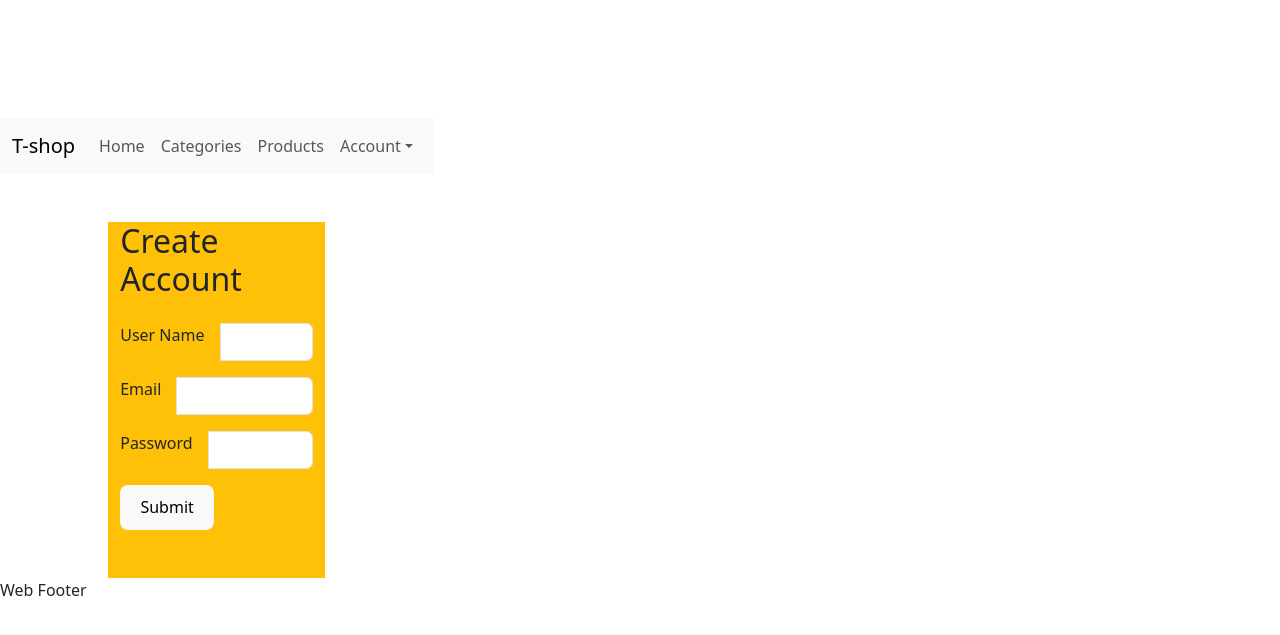
Repository: HadelAbdellatif/ecommerce1
Page: /register
An editor plug-in stored every save of this project. The page is shown before and after the next save, followed by the edit.
The browser window is 1280 px wide. The pictures show the whole page.
The project was rebuilt for these pictures with package versions that can differ from the ones it lists, and the page was loaded fresh each time. Also part of the build but not shown: vite.config.js, src/components/web/home/Home.jsx, src/components/web/categories/Categories.jsx, src/components/dashboard/navbar/Navbar.jsx, src/components/dashboard/footer/Footer.jsx, src/layouts/DashboardLayout.jsx, src/components/dashboard/home/Home.jsx, src/components/dashboard/categories/Categories.jsx.

Above is the page before, as saved 2023-11-25 15:09:03.

### src/main.jsx
import React from 'react'
import ReactDOM from 'react-dom/client'

import '../node_modules/bootstrap/dist/css/bootstrap.min.css'
import '../node_modules/bootstrap/dist/js/bootstrap.bundle.min.js'

import { ToastContainer } from 'react-toastify';
import 'react-toastify/dist/ReactToastify.css';

import App from './App.jsx'
import './index.css'

ReactDOM.createRoot(document.getElementById("root")).render(
  <App />
);

### src/App.jsx
import React from 'react'
import {router} from './layouts/Routes.jsx'
import axios from 'axios'
import { ToastContainer } from 'react-toastify';
import {createBrowserRouter, RouterProvider, } from "react-router-dom";



export default function App() {
  return (
    <RouterProvider router={router} />
  )
}

### src/layouts/Routes.jsx

import {createBrowserRouter, RouterProvider, } from "react-router-dom";

import Layout from "./Layout.jsx";
import Home from "./../components/web/home/Home.jsx";
import Categories from "./../components/web/categories/Categories.jsx";
import Register from "../components/web/register/Register.jsx";

import DashboardLayout from "../layouts/DashboardLayout.jsx";
import DashboardHome from "../components/dashboard/home/Home.jsx";
import DashboardCategories from "../components/dashboard/categories/Categories.jsx";


export const router = createBrowserRouter([
    {
      path: "/",
      element: <Layout />,
      children:[
        {
          path:'home',
          element: <Home />
        },
        {
          path:'categories',
          element: <Categories />
        },
        {
          path:'register',
          element: <Register />
        },
        {
          path:'*',
          element: <h2 className='fst-italic'>page not found --- web</h2>
        }
      ]
    },
    {
      path:"/dashboard",
      element: <DashboardLayout />,
      children:[
        {
          path:'home',
          element: <DashboardHome />
        },
        {
          path:'categories',
          element: <DashboardCategories />
        },
        {
          path:'*',
          element: <h2 className='fst-italic'>page not found --- dashboard</h2>
        }
      ]
    }

  ]);

### src/layouts/Layout.jsx
import React from 'react'
import Navbar from '../components/web/navbar/Navbar'
import Footer from '../components/web/footer/Footer'
import { Outlet } from 'react-router-dom'

export default function Layout() {
    return (
        <>
            <Navbar />
            <Outlet />
            <Footer />
        </>
    )
}

### src/components/web/register/Register.jsx
import React from 'react'
import Input from '../../shared/Input';
import { useFormik } from 'formik';
import { registerSchema } from '../Validate';

export default function Register() {

    const onSubmit = values => {
        console.log(values);
    }

    const initialValues = {
        userName: '',
        email: '',
        password: '',
    }

    const formik = useFormik({  //like backend
        initialValues
        ,
        onSubmit
        ,
        validationSchema: registerSchema
        /*  validate: values => {
              let errors = {};
              if (!values.userName) {
                  errors.userName = "user name is required";
              }
              if (!values.email) {
                  errors.email = "email is required";
              }
              if (!values.password) {
                  errors.password = "password is required";
              }

              return errors;
          }
          */
    });


    const inputs = [
        {
            id: 'username',
            type: 'text',
            name: 'userName',  //like backend
            title: 'User Name',
            value: formik.values.userName,  //like backend
        },
        {
            id: 'email',
            type: 'email',
            name: 'email', //like backend
            title: 'Email',
            value: formik.values.email, //like backend

        },
        {
            id: 'password',
            type: 'password',
            name: 'password', //like backend
            title: 'Password',
            value: formik.values.password, //like backend
        },
    ];


    const renderInputs = inputs.map((input, index) =>
        <Input
            type={input.type}
            id={input.id}
            name={input.name}
            title={input.title}
            value={input.value}
            onChange={formik.handleChange}
            errors={formik.errors}
            onBlur={formik.handleBlur}
            touched={formik.touched}
            key={index} />
    )


    return (
        <>
            <div className="container bg-warning w-50">
                <h2 className='mt-5'>Create Account</h2>
                <div className='w-100 d-flex '>

                    <form className='mb-5' onSubmit={formik.handleSubmit}>
                        {renderInputs}

                        <button type='submit' disabled={!formik.isValid}>Submit</button>
                    </form>
                </div>
            </div>
        </>
    )
}

### src/components/web/navbar/Navbar.jsx
import React from 'react'
import { Link } from 'react-router-dom'

export default function Navbar() {
  return (
    <>
      <nav className="navbar navbar-expand-lg bg-body-tertiary">
        <div className="container">
          <a className="navbar-brand" href="#">T-shop</a>
          <button className="navbar-toggler" type="button" data-bs-toggle="collapse" data-bs-target="#navbarSupportedContent" aria-controls="navbarSupportedContent" aria-expanded="false" aria-label="Toggle navigation">
            <span className="navbar-toggler-icon" />
          </button>
          <div className="collapse navbar-collapse" id="navbarSupportedContent">
            <ul className="navbar-nav m-auto mb-2 mb-lg-0">

              <li className="nav-item">
                <a className="nav-link" href="#">Home</a>
              </li>


              <li className="nav-item">
                <a className="nav-link" href="#">Categories</a>
              </li>


              <li className="nav-item">
                <a className="nav-link" href="#">Products</a>
              </li>


            </ul>
            <ul className="navbar-nav">
              <li className="nav-item dropdown">
                <a className="nav-link dropdown-toggle" href="#" role="button" data-bs-toggle="dropdown" aria-expanded="false">
                  Account
                </a>
                <ul className="dropdown-menu ">
                  <li><Link  to={"/register"} className="dropdown-item" href="#">register</Link></li>
                  <li><hr className="dropdown-divider" /></li>
                  <li><a className="dropdown-item" href="#">login</a></li>
                </ul>
              </li>
            </ul>

          </div>
        </div>
      </nav>

    </>
  )
}

### src/components/web/footer/Footer.jsx
import React from 'react'

export default function Footer() {
  return (
    <div>Web Footer</div>
  )
}

### src/components/shared/Input.jsx
import React from 'react'

export default function Input({ id, title, type = 'text', name, value, onChange, errors, onBlur, touched }) {
    return (
        <>
            <div className="input-group my-3">
                <label htmlFor={id} className='me-3'>{title}</label>
                <input type={type} name={name} className="form-control" id={id} value={value} onChange={onChange} onBlur={onBlur}/>
                {touched[name] && errors[name] && <p className='text text-danger'>{errors[name]}</p>}
            </div>
        </>
    )
}

### src/components/web/Validate.js
import * as yup from 'yup';

export const registerSchema = yup.object({
    userName: yup.string().required("username is required").min(3, "must be at least 3 char").max(30, "max is 30 char"),
    email: yup.string().required("email is required").email(),
    password: yup.string().required("password is required").min(3, "must be at least 3 char").max(30, "max is 30 char"),

})

Loaded but not shown: index.html (common file); src/index.css (common file)

After the next save:
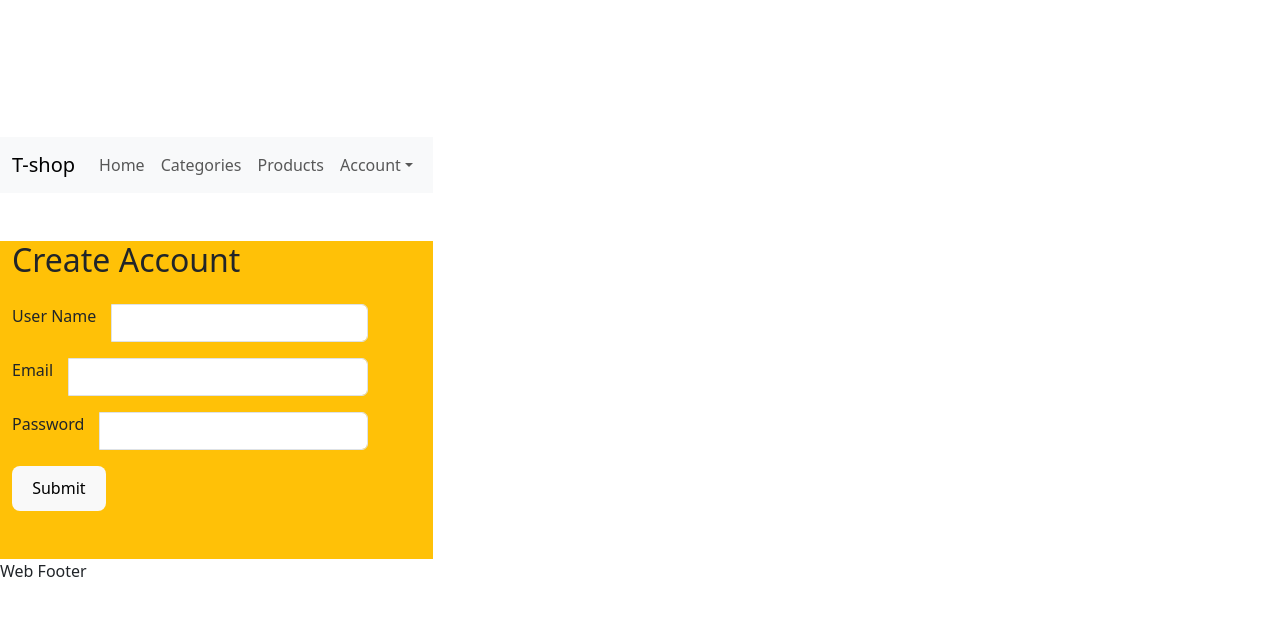
Saved 15 s later.
--- a/src/components/web/register/Register.jsx
+++ b/src/components/web/register/Register.jsx
@@ -82,7 +82,7 @@
 
     return (
         <>
-            <div className="container bg-warning w-50">
+            <div className="container bg-warning">
                 <h2 className='mt-5'>Create Account</h2>
                 <div className='w-100 d-flex '>
 

After the save that followed:
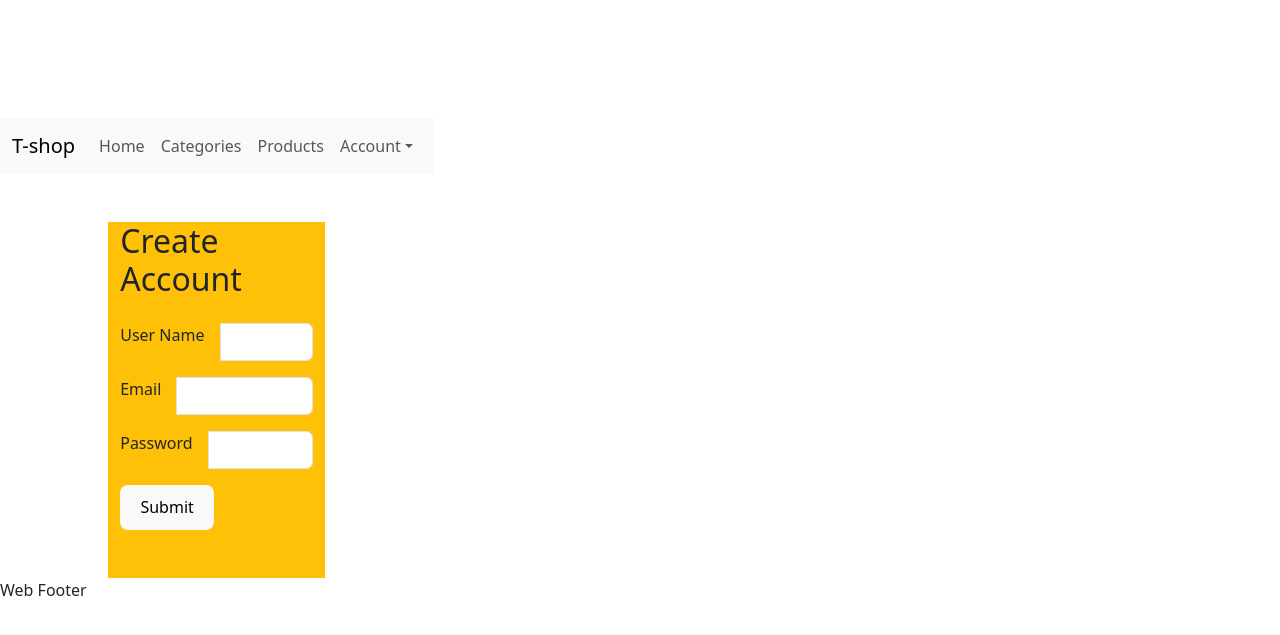
Saved 9 s later.
--- a/src/components/web/register/Register.jsx
+++ b/src/components/web/register/Register.jsx
@@ -82,7 +82,7 @@
 
     return (
         <>
-            <div className="container bg-warning">
+            <div className="container bg-warning w-50">
                 <h2 className='mt-5'>Create Account</h2>
                 <div className='w-100 d-flex '>
 
